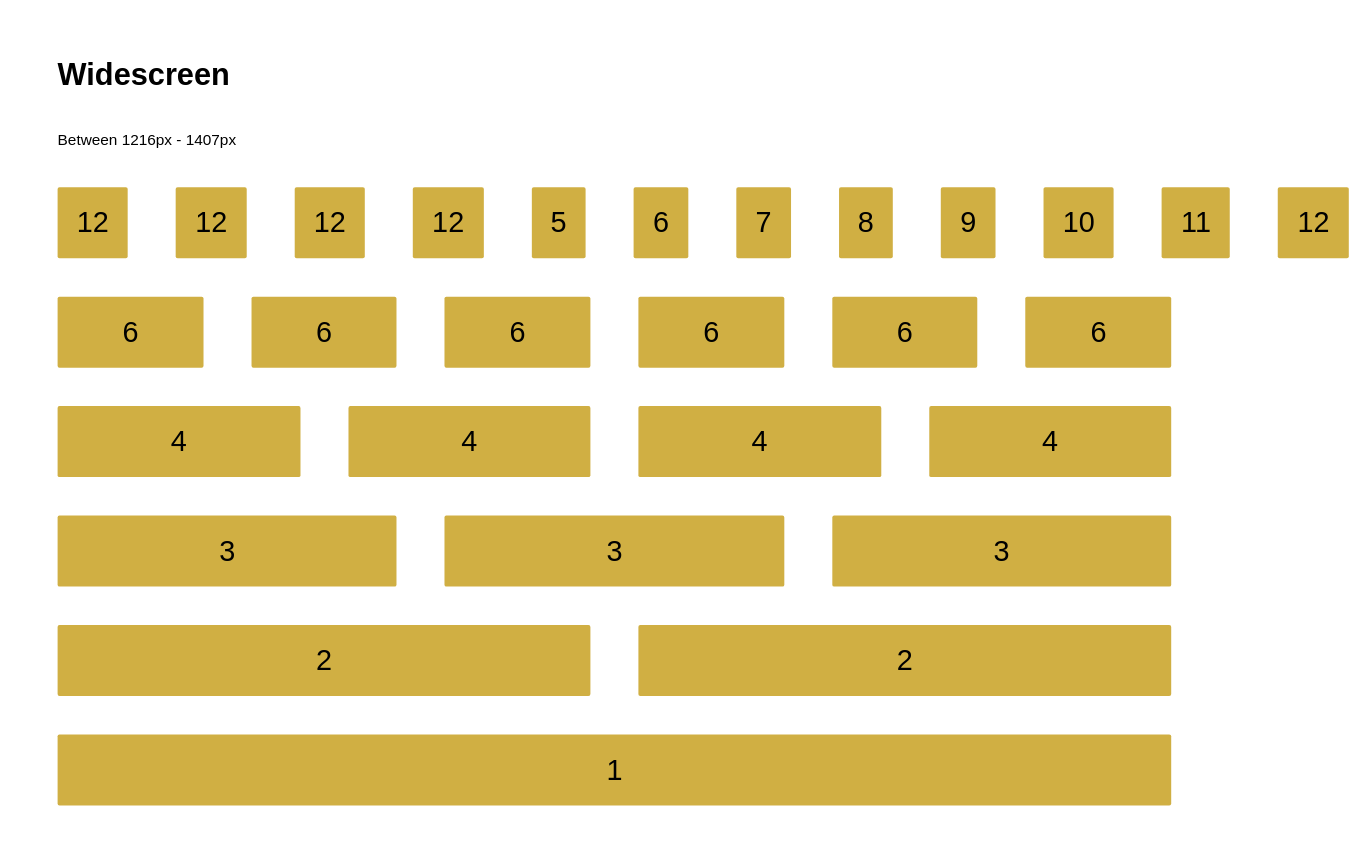
Repository: mfarhannr/MKK12_Farhan-Nurrahmat
Page: Tugas-1-Grid-CSS/index.html
The author's editor kept a copy of each file at every save. The page is drawn from the files as they stood at one save, then again after the next save.
The browser window is 1280 px wide. The page is 1405 px wide, then 1422 px, so the pictures cover 1422 px, including what lies to the right of the window. The pictures show the whole page, at 96% of full size.

Above is the page before, as saved 2023-11-03 13:24:09.

After the next save:
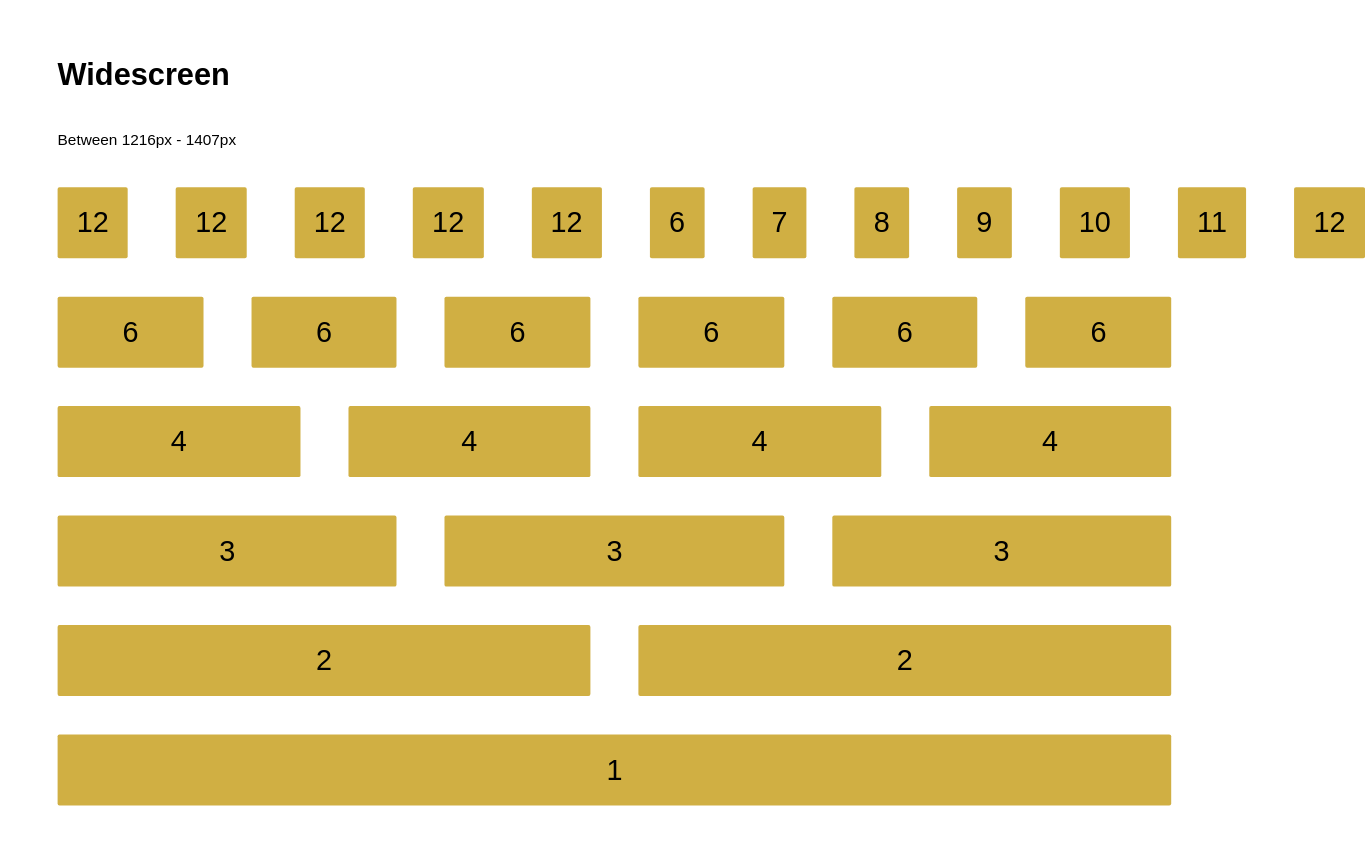
Saved 6 s later.
--- a/Tugas-1-Grid-CSS/index.html
+++ b/Tugas-1-Grid-CSS/index.html
@@ -17,7 +17,7 @@
         <div class="col-1">12</div>
         <div class="col-1">12</div>
         <div class="col-1">12</div>
-        <div class="col-1">5</div>
+        <div class="col-1">12</div>
         <div class="col-1">6</div>
         <div class="col-1">7</div>
         <div class="col-1">8</div>
